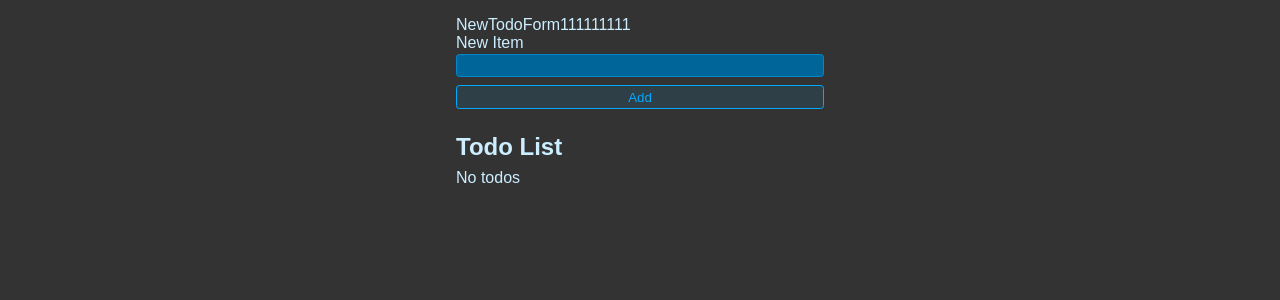
Repository: mix060514/react-bilibili-tutorial
Page: /
These files come from the project's save history. The page is drawn as it stood at one moment and after the next save; the edit follows.
The browser window is 1280 px wide. The pictures show the whole page.
The project was rebuilt for these pictures with package versions that can differ from the ones it lists, and the page was loaded fresh each time. Also part of the build but not shown: vite.config.js.

Above is the page before, as saved 2023-12-03 22:43:38.

After the next save:
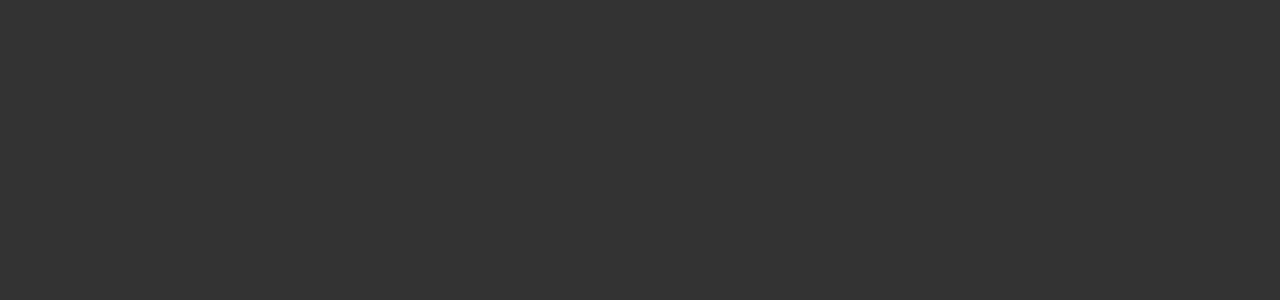
Console error: ReferenceError: useState is not defined
Saved 76 s later.
--- a/src/App.jsx
+++ b/src/App.jsx
@@ -4,16 +4,8 @@
 
 
 export default function App() {
-  const [newItem, setNewItem] = useState("");
   const [todos, setTodos] = useState([]);
 
-  function handleSubmit(e) {
-    e.preventDefault();
-    setTodos((current) => {
-      return [...todos, { id: crypto.randomUUID(), title: newItem, completed: false }];
-    });
-    setNewItem("");
-  }
   function toggleTodo(id, completed) {
     setTodos(current => {
       return current.map(todo => {
@@ -30,14 +22,6 @@
   return (
     <>
       <NewTodoForm />
-      <form onSubmit={handleSubmit} className="new-item-form">
-        <div className="form-row">
-          <label htmlFor="item">New Item</label>
-          <input type="text" id="item" value={newItem} onChange={(e) => setNewItem(e.target.value)}/>
-        </div>
-
-        <button className="btn">Add</button>
-      </form>
 
       <h1 className="header">Todo List</h1>
 
--- a/src/NewTodoForm.jsx
+++ b/src/NewTodoForm.jsx
@@ -1,5 +1,20 @@
 export default function NewTodoForm() {
+  const [newItem, setNewItem] = useState("");
+  function handleSubmit(e) {
+    e.preventDefault();
+    setTodos((current) => {
+      return [...todos, { id: crypto.randomUUID(), title: newItem, completed: false }];
+    });
+    setNewItem("");
+  }
   return (
-    <div>NewTodoForm111111111</div>
+    <form onSubmit={handleSubmit} className="new-item-form">
+      <div className="form-row">
+          <label htmlFor="item">New Item</label>
+          <input type="text" id="item" value={newItem} onChange={(e) => setNewItem(e.target.value)}/>
+      </div>
+
+      <button className="btn">Add</button>
+    </form>
   )
 }

After the 5 saves that followed:
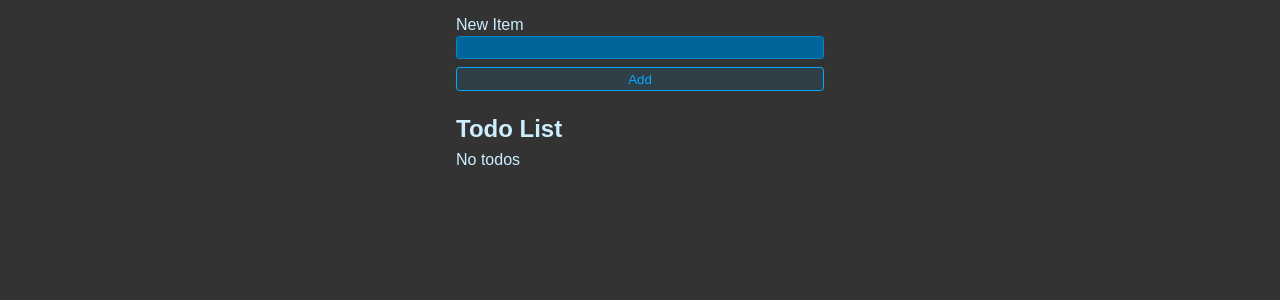
The error is gone.
The 5 saves are shown as one change because 4 left the picture as it was.
The last was saved 9 min 23 s later.
--- a/src/App.jsx
+++ b/src/App.jsx
@@ -6,10 +6,15 @@
 export default function App() {
   const [todos, setTodos] = useState([]);
 
+  function addTodos(title) {
+    setTodos((current) => [...current, { id: crypto.randomUUID(), title, completed: false }]);
+  }
+
   function toggleTodo(id, completed) {
     setTodos(current => {
       return current.map(todo => {
-        if (todo.id === id) return {...todo, completed}
+        if (todo.id === id) return {...todo, completed};
+
         return todo;
       });
     });
@@ -21,7 +26,7 @@
 
   return (
     <>
-      <NewTodoForm />
+      <NewTodoForm addTodos={addTodos} />
 
       <h1 className="header">Todo List</h1>
 
--- a/src/NewTodoForm.jsx
+++ b/src/NewTodoForm.jsx
@@ -1,10 +1,10 @@
-export default function NewTodoForm() {
+import { useState } from "react"
+
+export default function NewTodoForm({ addTodos }) {
   const [newItem, setNewItem] = useState("");
   function handleSubmit(e) {
     e.preventDefault();
-    setTodos((current) => {
-      return [...todos, { id: crypto.randomUUID(), title: newItem, completed: false }];
-    });
+    addTodos(newItem);
     setNewItem("");
   }
   return (
